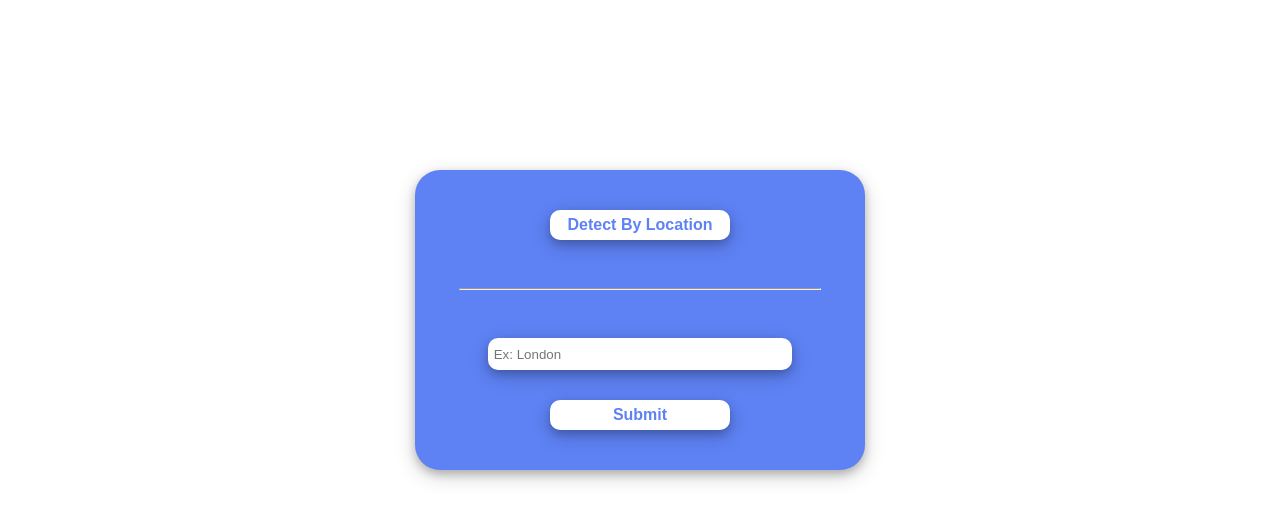
Repository: ahmedazawi/weather-app
Page: /
An editor plug-in stored every save of this project. The page is shown before and after the next save, followed by the edit.
The browser window is 1280 px wide. The pictures show the whole page.
The project was rebuilt for these pictures with package versions that can differ from the ones it lists, and the page was loaded fresh each time. Also part of the build but not shown: src/layout/Header.js, src/assets/css/details.css, src/assets/data/ContextApi.js, src/assets/css/SevenDaysCards.css, src/components/card.js, src/components/SevenDaysCards.js, src/assets/data/Api.js, src/components/Map.js and 2 more.

Above is the page before, as saved 2022-11-30 23:17:32.

After the next save:
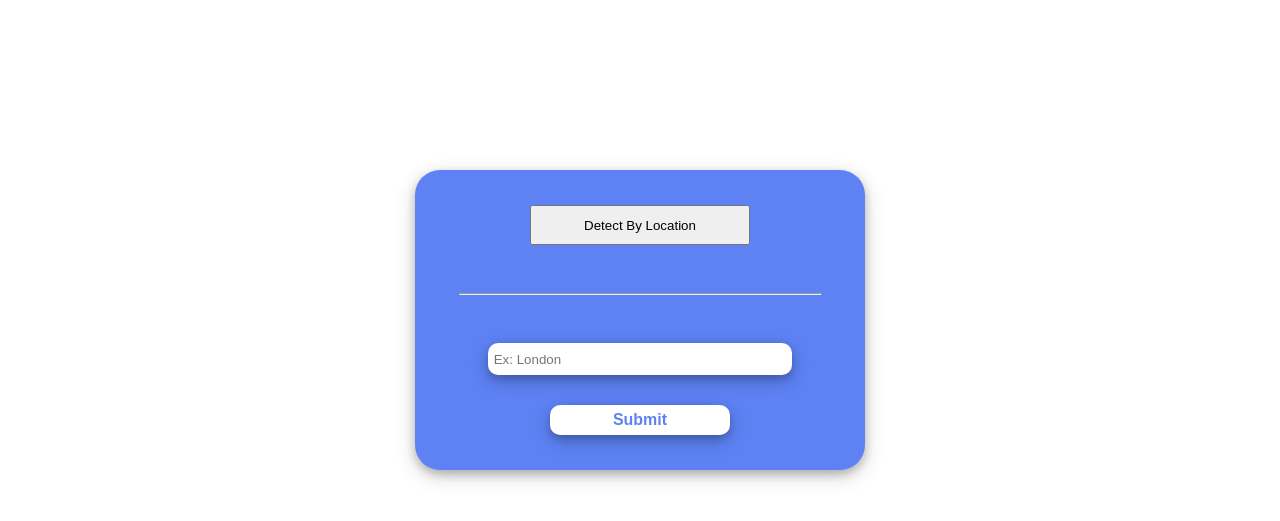
Saved 6 s later.
--- a/src/App.js
+++ b/src/App.js
@@ -41,7 +41,7 @@ function App() {
     return (
       <div className="app-body">
         <div className="App">
-          <button className="location-btn btn " onClick={getUserCoordinates}>
+          <button className="location-btn  " onClick={getUserCoordinates}>
             Detect By Location
           </button>
           <hr />

After the 3 saves that followed:
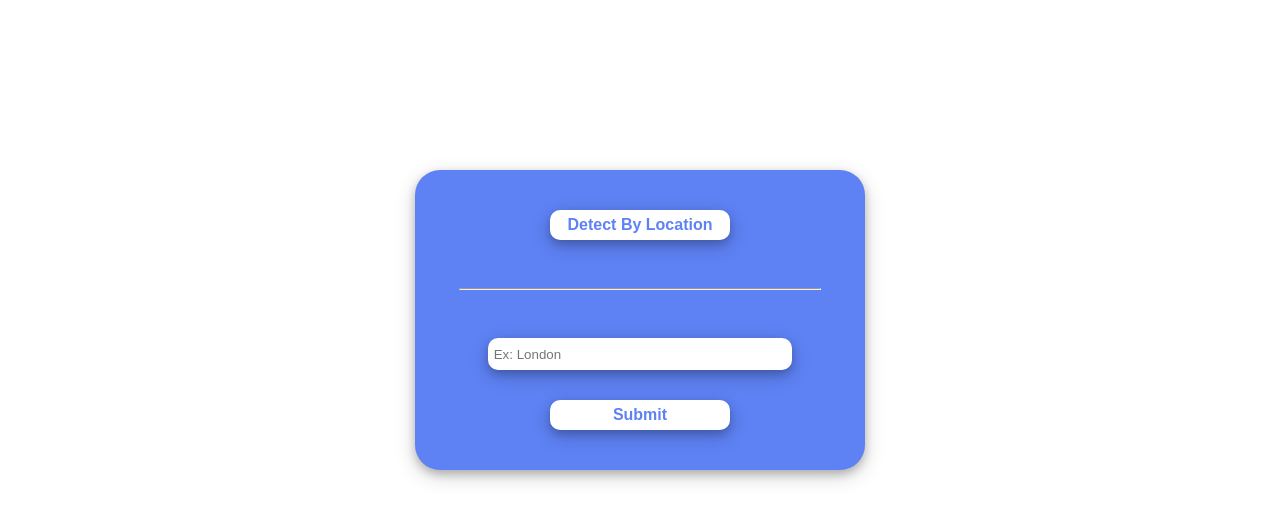
The 3 saves are shown as one change because they came seconds apart.
The last was saved 10 s later.
--- a/src/App.js
+++ b/src/App.js
@@ -41,7 +41,7 @@ function App() {
     return (
       <div className="app-body">
         <div className="App">
-          <button className="location-btn  " onClick={getUserCoordinates}>
+          <button className="btn location-btn" onClick={getUserCoordinates}>
             Detect By Location
           </button>
           <hr />
